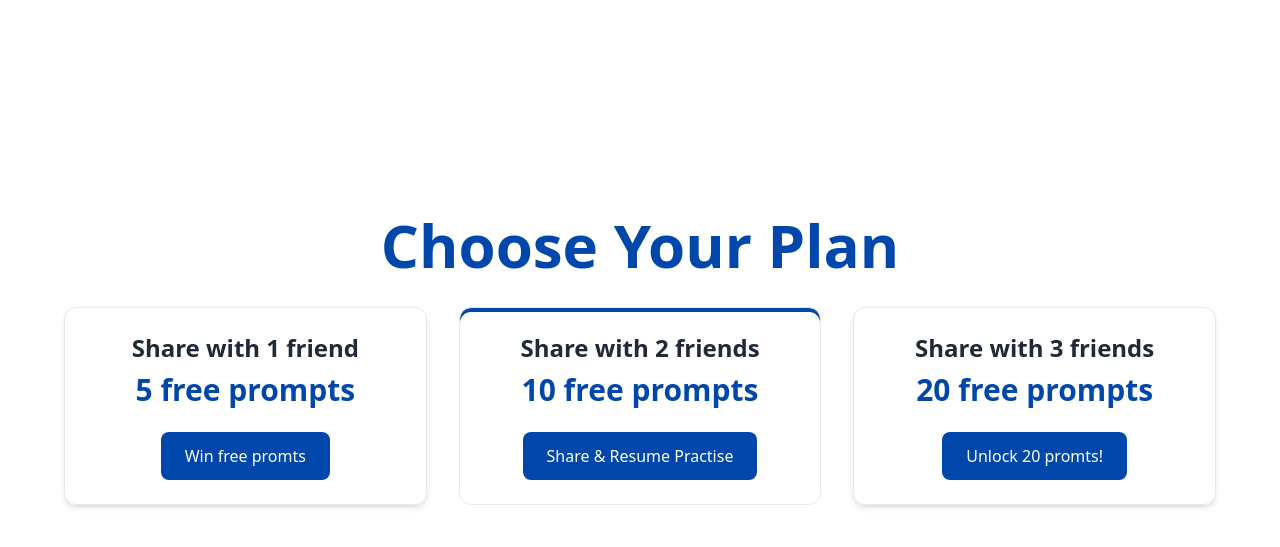
Repository: AvivGranot/IZZY
Page: public/share.html
An editor plug-in stored every save of this project. The page is shown before and after the next save, followed by the edit.
The browser window is 1280 px wide. The pictures show the whole page.
Some web libraries are served in a nearby version.

Above is the page before, as saved 2025-04-10 20:27:46.

### public/share.html
<!DOCTYPE html>
<html lang="en">
<head>
  <meta charset="UTF-8">
  <meta name="viewport" content="width=device-width, initial-scale=1.0">
  <title>Subscribe to IZZY</title>
  <script src="https://cdn.tailwindcss.com"></script>
  <script>
    function shareCount(link) {
      // Fetch current share count from localStorage or initialize to 0
      let shareData = JSON.parse(localStorage.getItem("shareData")) || { count: 0 };

      // Update the count when user shares
      shareData.count += 1;
      localStorage.setItem("shareData", JSON.stringify(shareData));

      // Update the user interface to show new rewards based on shares
      updateRewards(shareData.count);

      // Redirect to the correct share link
      window.open(link, '_blank');
    }

    function updateRewards(count) {
      // Update rewards based on the share count
      const rewardsText = document.getElementById("rewardsText");
      if (count >= 3) {
        rewardsText.textContent = "You've shared 3 times! Enjoy 20 free prompts!";
      } else if (count >= 2) {
        rewardsText.textContent = "You've shared 2 times! Enjoy 15 free prompts!";
      } else if (count >= 1) {
        rewardsText.textContent = "You've shared 1 time! Enjoy 5 free prompts!";
      } else {
        rewardsText.textContent = "Start sharing to earn free prompts!";
      }
    }
  </script>
  <style>
    @keyframes borderFlow {
      0% {
        box-shadow: inset 0 -4px 0 0 #0047AB;
      }
      25% {
        box-shadow: inset 4px 0 0 0 #0047AB;
      }
      50% {
        box-shadow: inset 0 4px 0 0 #0047AB;
      }
      75% {
        box-shadow: inset -4px 0 0 0 #0047AB;
      }
      100% {
        box-shadow: inset 0 -4px 0 0 #0047AB;
      }
    }

    .animate-borderFlow {
      animation: borderFlow 2s linear infinite;
    }
  </style>
</head>
<body class="bg-white text-gray-800 font-sans">
  <div class="min-h-screen flex flex-col items-center justify-center p-6">
    <h1 class="text-4xl md:text-6xl font-bold text-[#0047AB] mb-8 text-center">Choose Your Plan</h1>

    <div class="grid grid-cols-1 md:grid-cols-3 gap-8 w-full max-w-6xl">

      <!-- Share with 1 friend -->
      <div class="border border-gray-200 rounded-xl p-6 shadow-md text-center">
        <h2 class="text-2xl font-semibold mb-2">Share with 1 friend</h2>
        <p class="text-3xl font-bold text-[#0047AB] mb-4">5 free prompts</p>
        <ul class="text-left mb-6 space-y-2">
          </ul>
        <a href="#" class="inline-block bg-[#0047AB] text-white font-medium py-3 px-6 rounded-lg hover:bg-blue-800">Win free promts</a>
      </div>

      <!-- Share with 2 friend -->
      <div class="border border-gray-200 rounded-xl p-6 shadow-md text-center relative animate-borderFlow overflow-hidden">
        <h2 class="text-2xl font-semibold mb-2">Share with 2 friends</h2>
        <p class="text-3xl font-bold text-[#0047AB] mb-4">10 free prompts</p>
        <ul class="text-left mb-6 space-y-2">
          </ul>
        <a href="https://buy.stripe.com/test_dR6aHO9PM10AcR60oo" target="_blank" class="inline-block bg-[#0047AB] text-white font-medium py-3 px-6 rounded-lg hover:bg-blue-800">Share & Resume Practise</a>
      </div>

      <!-- Share with 3 friend  -->
      <div class="border border-gray-200 rounded-xl p-6 shadow-md text-center">
        <h2 class="text-2xl font-semibold mb-2">Share with 3 friends</h2>
        <p class="text-3xl font-bold text-[#0047AB] mb-4">20 free prompts</p>
        <ul class="text-left mb-6 space-y-2">
          </ul>
        <a href="https://buy.stripe.com/test_6oE3cO9PM2h66qU4gg" target="_blank" class="inline-block bg-[#0047AB] text-white font-medium py-3 px-6 rounded-lg hover:bg-blue-800">Unlock 20 promts!</a>
      </div>

    </div>
  </div>
</body>
</html>

After the next save:
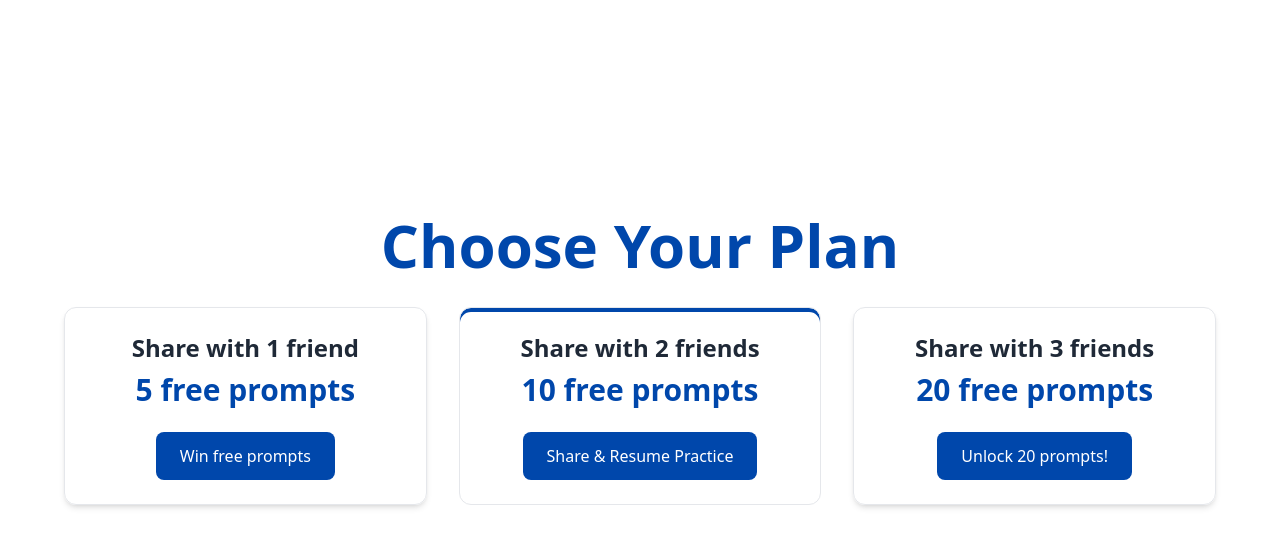
Saved 4 min 34 s later.
--- a/public/share.html
+++ b/public/share.html
@@ -6,6 +6,7 @@
   <title>Subscribe to IZZY</title>
   <script src="https://cdn.tailwindcss.com"></script>
   <script>
+    // Function to show the sharing modal when user clicks
     function shareCount(link) {
       // Fetch current share count from localStorage or initialize to 0
       let shareData = JSON.parse(localStorage.getItem("shareData")) || { count: 0 };
@@ -17,8 +18,20 @@
       // Update the user interface to show new rewards based on shares
       updateRewards(shareData.count);
 
-      // Redirect to the correct share link
-      window.open(link, '_blank');
+      // Open a popout window with sharing options
+      showSharePopout();
+    }
+
+    function showSharePopout() {
+      // Open the popout modal to share
+      const shareModal = document.getElementById('shareModal');
+      shareModal.classList.remove('hidden'); // show the modal
+    }
+
+    // Function to close the modal
+    function closeShareModal() {
+      const shareModal = document.getElementById('shareModal');
+      shareModal.classList.add('hidden'); // hide the modal
     }
 
     function updateRewards(count) {
@@ -57,6 +70,27 @@
     .animate-borderFlow {
       animation: borderFlow 2s linear infinite;
     }
+
+    /* Styles for the share modal */
+    #shareModal {
+      position: fixed;
+      top: 0;
+      left: 0;
+      width: 100%;
+      height: 100%;
+      background: rgba(0, 0, 0, 0.5);
+      display: flex;
+      justify-content: center;
+      align-items: center;
+      display: none;
+    }
+
+    .modal-content {
+      background-color: white;
+      padding: 2rem;
+      border-radius: 8px;
+      text-align: center;
+    }
   </style>
 </head>
 <body class="bg-white text-gray-800 font-sans">
@@ -71,28 +105,41 @@
         <p class="text-3xl font-bold text-[#0047AB] mb-4">5 free prompts</p>
         <ul class="text-left mb-6 space-y-2">
           </ul>
-        <a href="#" class="inline-block bg-[#0047AB] text-white font-medium py-3 px-6 rounded-lg hover:bg-blue-800">Win free promts</a>
+        <button onclick="shareCount('#')" class="inline-block bg-[#0047AB] text-white font-medium py-3 px-6 rounded-lg hover:bg-blue-800">Win free prompts</button>
       </div>
 
-      <!-- Share with 2 friend -->
+      <!-- Share with 2 friends -->
       <div class="border border-gray-200 rounded-xl p-6 shadow-md text-center relative animate-borderFlow overflow-hidden">
         <h2 class="text-2xl font-semibold mb-2">Share with 2 friends</h2>
         <p class="text-3xl font-bold text-[#0047AB] mb-4">10 free prompts</p>
         <ul class="text-left mb-6 space-y-2">
           </ul>
-        <a href="https://buy.stripe.com/test_dR6aHO9PM10AcR60oo" target="_blank" class="inline-block bg-[#0047AB] text-white font-medium py-3 px-6 rounded-lg hover:bg-blue-800">Share & Resume Practise</a>
+        <button onclick="shareCount('https://buy.stripe.com/test_dR6aHO9PM10AcR60oo')" class="inline-block bg-[#0047AB] text-white font-medium py-3 px-6 rounded-lg hover:bg-blue-800">Share & Resume Practice</button>
       </div>
 
-      <!-- Share with 3 friend  -->
+      <!-- Share with 3 friends -->
       <div class="border border-gray-200 rounded-xl p-6 shadow-md text-center">
         <h2 class="text-2xl font-semibold mb-2">Share with 3 friends</h2>
         <p class="text-3xl font-bold text-[#0047AB] mb-4">20 free prompts</p>
         <ul class="text-left mb-6 space-y-2">
           </ul>
-        <a href="https://buy.stripe.com/test_6oE3cO9PM2h66qU4gg" target="_blank" class="inline-block bg-[#0047AB] text-white font-medium py-3 px-6 rounded-lg hover:bg-blue-800">Unlock 20 promts!</a>
+        <button onclick="shareCount('https://buy.stripe.com/test_6oE3cO9PM2h66qU4gg')" class="inline-block bg-[#0047AB] text-white font-medium py-3 px-6 rounded-lg hover:bg-blue-800">Unlock 20 prompts!</button>
       </div>
 
     </div>
   </div>
+
+  <!-- Share Modal -->
+  <div id="shareModal" class="hidden">
+    <div class="modal-content">
+      <h2 class="text-2xl font-bold mb-4">Share IZZY with Friends!</h2>
+      <button onclick="window.open('https://api.whatsapp.com/send?text=Check out IZZY – the first AI Avatar for Real Men! https://izzy-auth.web.app', '_blank')" class="inline-block bg-green-500 hover:bg-green-600 text-white font-semibold py-3 px-6 rounded-lg shadow mb-4">WhatsApp</button>
+      <button onclick="window.open('mailto:?subject=Try IZZY&body=Check out this AI Avatar for Real Men: https://izzy-auth.web.app', '_blank')" class="inline-block bg-blue-500 hover:bg-blue-600 text-white font-semibold py-3 px-6 rounded-lg shadow mb-4">Email</button>
+      <button onclick="window.open('https://www.facebook.com/sharer/sharer.php?u=https://izzy-auth.web.app', '_blank')" class="inline-block bg-blue-700 hover:bg-blue-800 text-white font-semibold py-3 px-6 rounded-lg shadow mb-4">Facebook</button>
+      <button onclick="window.open('https://twitter.com/intent/tweet?text=Try IZZY: https://izzy-auth.web.app', '_blank')" class="inline-block bg-blue-400 hover:bg-blue-500 text-white font-semibold py-3 px-6 rounded-lg shadow mb-4">Twitter</button>
+      <button onclick="window.open('https://www.reddit.com/submit?url=https://izzy-auth.web.app', '_blank')" class="inline-block bg-orange-500 hover:bg-orange-600 text-white font-semibold py-3 px-6 rounded-lg shadow mb-4">Reddit</button>
+      <button onclick="closeShareModal()" class="inline-block bg-gray-500 text-white py-3 px-6 rounded-lg shadow">Close</button>
+    </div>
+  </div>
 </body>
 </html>
